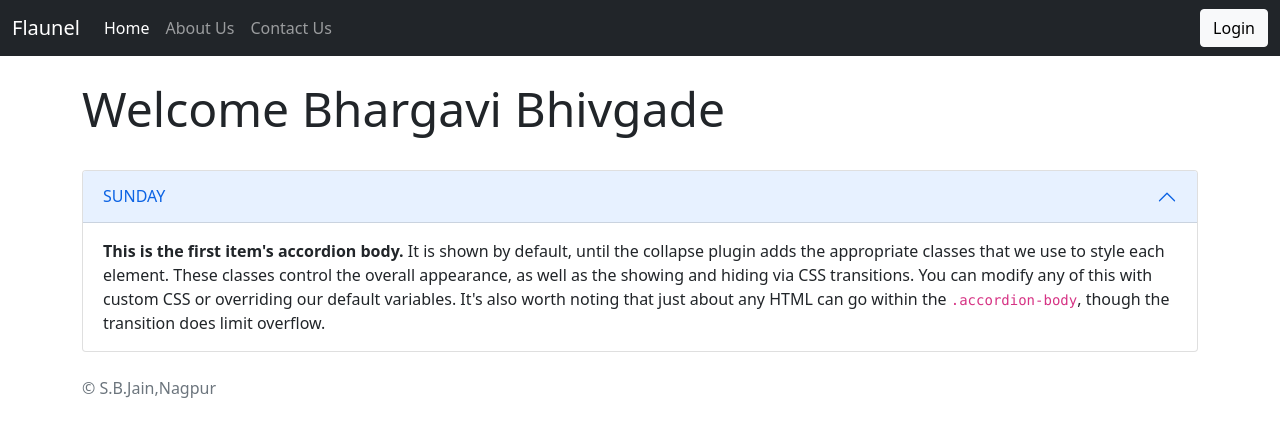
Repository: bhivgadePrajakta/Flaunel--A-LED-Display-Board
Page: http://localhost/home.php
The author's editor kept a copy of each file at every save. The page is drawn from the files as they stood at one save, then again after the next save.
The browser window is 1280 px wide. The pictures show the whole page.
The page is run by PHP 8.4 with error messages shown; the project is at /var/www/html/.

Above is the page before, as saved 2022-04-30 12:40:06.

After the next save:
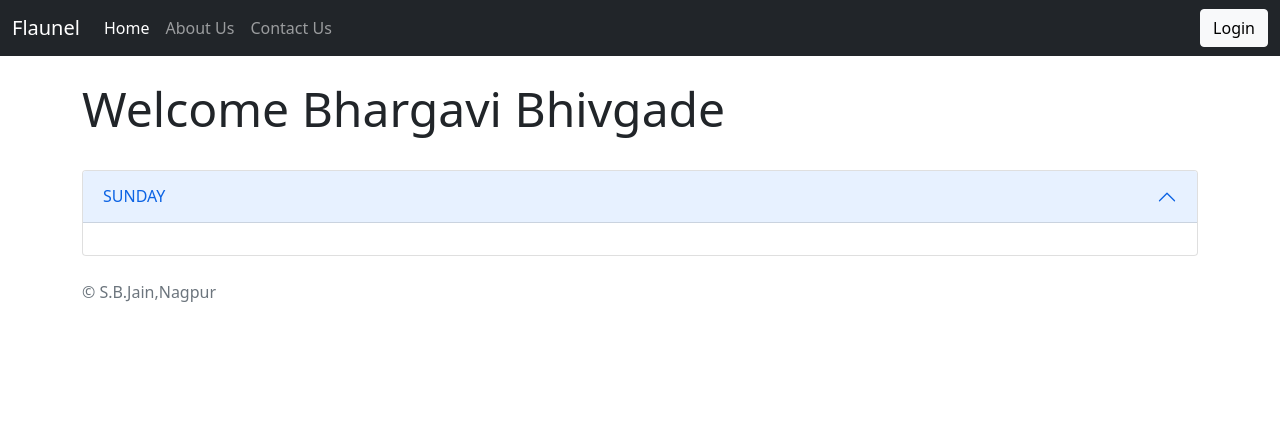
Saved 47 s later.
--- a/home.php
+++ b/home.php
@@ -53,7 +53,7 @@
     </h2>
     <div id="collapseOne" class="accordion-collapse collapse show" aria-labelledby="headingOne" data-bs-parent="#accordionExample">
       <div class="accordion-body">
-        <strong>This is the first item's accordion body.</strong> It is shown by default, until the collapse plugin adds the appropriate classes that we use to style each element. These classes control the overall appearance, as well as the showing and hiding via CSS transitions. You can modify any of this with custom CSS or overriding our default variables. It's also worth noting that just about any HTML can go within the <code>.accordion-body</code>, though the transition does limit overflow.
+
       </div>
     </div>
   </div>
